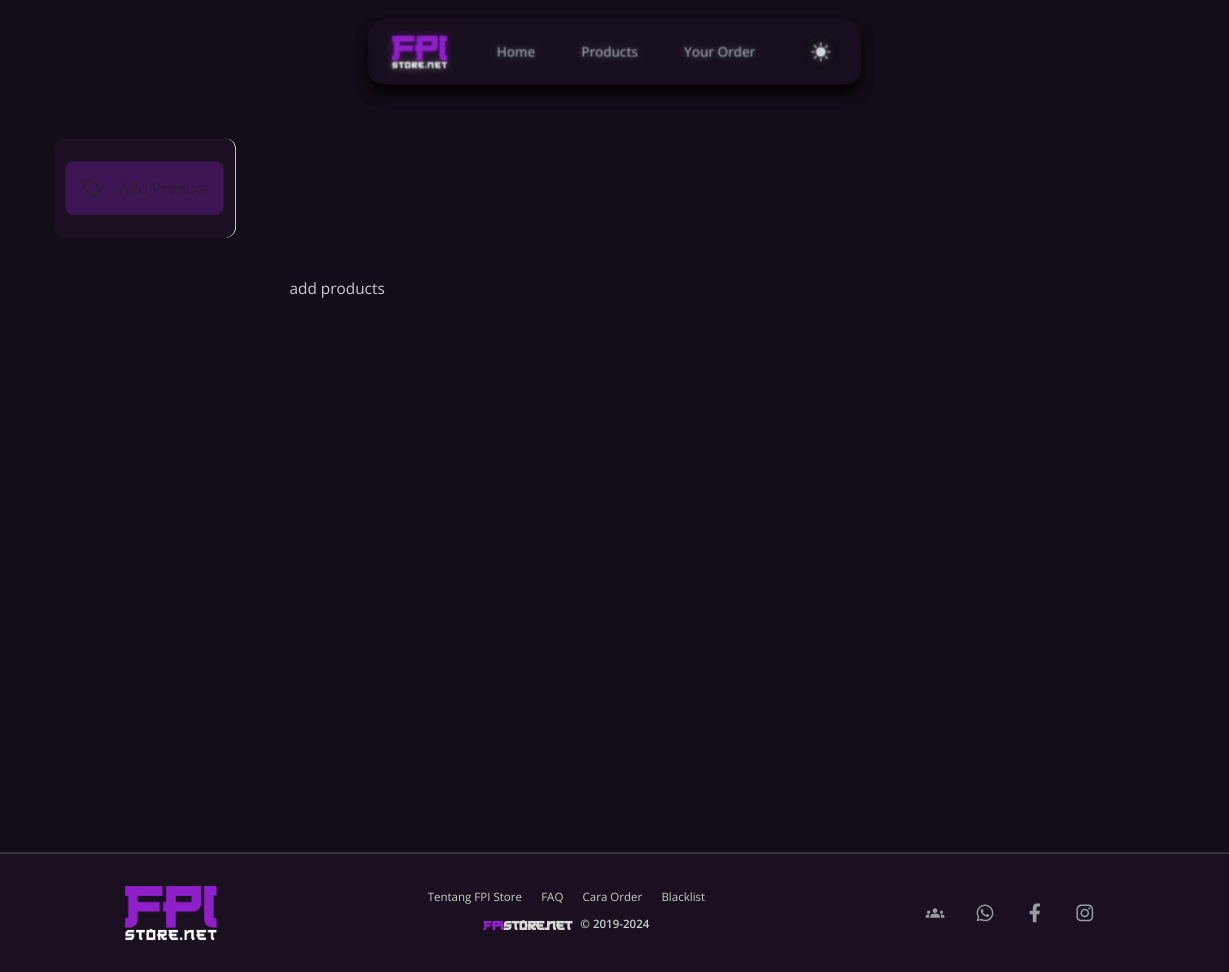
Repository: rezzadtyp/fpistore.net
Page: /dashboard/add-products
The author's editor kept a copy of each file at every save. The page is drawn from the files as they stood at one save, then again after the next save.
The browser window is 1280 px wide. The pictures show the whole page, at 96% of full size.
The project was rebuilt for these pictures with package versions that can differ from the ones it lists, and the page was loaded fresh each time. The framework's server and built-in components were replaced by stand-ins that run in the browser. Also part of the build but not shown: next.config.mjs, components/shared/Loading.tsx.

Above is the page before, as saved 2024-08-14 16:38:24.

### app/layout.tsx
import type { Metadata } from "next"
import "../styles/globals.css"
// import GoogleAnalytics from "@bradgarropy/next-google-analytics"
// import { Analytics } from "@vercel/analytics/react"
// import { SpeedInsights } from "@vercel/speed-insights/next"
// import FacebookChat from "@/components/FacebookChat"

export const metadata: Metadata = {
    title: {
        template: "%s | FPI Store",
        default: "FPI Store | The Biggest Netflix Seller",
    },
    description: "FPI Store",
    icons: {
        icon: [
            {
                url: "/icons/fpistore.netblack.png",
                media: "(prefers-color-scheme: light)",
            },
            {
                url: "/icons/fpistore.netwhite.png",
                media: "(prefers-color-scheme: dark)",
            },
        ],
    },
    keywords:
        "netflix, premium, 4k, uhd, full garansi, netflix account, netflix premium uhd, netflix murah, netflix shared, netflix private, netflix terpercaya, murah, terpercaya, film terbaru, alamsyah.id, alamsyah, bergaransi",
}

export default function RootLayout({
    children,
}: {
    children: React.ReactNode
}) {
    return (
        <>
            {/* <GoogleAnalytics measurementId='G-Z86GVT7LTC' /> */}
            <html lang='en' className='!scroll-smooth font-roboto'>
                <body className='selection:bg-primary/70 selection:text-dark-800 dark:bg-dark-700 bg-light-100 text-dark-800 dark:text-light-400'>
                    {/* <FacebookChat /> */}
                    {children}
                    {/* <SpeedInsights />
                    <Analytics /> */}
                </body>
            </html>
        </>
    )
}

### app/(root)/layout.tsx
import Footer from "@/components/shared/Footer"
import Loading from "@/components/shared/Loading"
import Navbar from "@/components/shared/Navbar"

import React, { Suspense } from "react"

const Layout = ({ children }: { children: React.ReactNode }) => {
  return (
    <Suspense fallback={<Loading />}>
      <main className='relative font-roboto'>
        <Navbar />
        <div className='flex min-h-screen flex-1 flex-col px-6 pb-6 pt-36 max-md:pb-14 sm:px-14'>
          {children}
        </div>
        <Footer />
        {/* <div className='w-full h-2 fixed bottom-0 bg-green-500 sm:bg-yellow-500 md:bg-orange-500 lg:bg-red-500' /> */}
      </main>
    </Suspense>
  )
}

export default Layout

### app/(root)/dashboard/layout.tsx
import LeftSidebar from "@/components/shared/LeftSidebar"
import Navbar from "@/components/shared/Navbar"
import React from "react"

const Layout = ({ children }: { children: React.ReactNode }) => {
  return (
    <main className='relative '>
      <Navbar />
      <div className='flex'>
        <LeftSidebar />
        <section className='flex min-h-screen flex-1 flex-col px-6 pb-6 pt-36 max-md:pb-14 sm:px-14'>
          <div className='mx-auto w-full max-w-5xl'>{children}</div>
        </section>
      </div>
    </main>
  )
}

export default Layout

### app/(root)/dashboard/add-products/page.tsx
import React from "react"

const page = () => {
  return <div>add products</div>
}

export default page

### styles/globals.css
@import url("https://fonts.googleapis.com/css2?family=Open+Sans:ital,wght@0,300;0,400;0,500;0,600;1,300;1,400;1,500;1,600&family=Sarabun:ital,wght@0,300;0,400;1,300;1,400&display=swap");

@tailwind base;
@tailwind components;
@tailwind utilities;

@font-face {
    font-family: "FPIFont";
    src: url("/fonts/Japanese3017.otf") format("woff2");
}

body {
    font-family: "Open Sans", "sans-serif";
    @apply duration-700;
}
.animate-spin-slow {
    animation: spin 5s linear infinite;
}

@keyframes spin {
    from {
        transform: rotate(0deg);
    }
    to {
        transform: rotate(360deg);
    }
}
@keyframes scrolltop {
    0%,
    100% {
        transform: translateY(-25%);
        animation-timing-function: cubic-bezier(0.8, 0, 1, 1);
    }
    50% {
        transform: none;
        animation-timing-function: cubic-bezier(0, 0, 0.2, 1);
    }
}
.animate-scrolltop {
    animation: scrolltop 2s infinite;
}
/* width */
::-webkit-scrollbar {
    @apply h-1.5 w-0;
}

/* Handle */
::-webkit-scrollbar-thumb {
    @apply bg-gray-600 rounded-full absolute right-0 z-50;
}
/* Handle on hover */
._custom-scrollbar::-webkit-scrollbar-thumb:hover {
    @apply bg-primary;
}
._custom-scrollbar-shopee::-webkit-scrollbar-thumb:hover {
    @apply bg-shopee;
}
._custom-scrollbar::-webkit-scrollbar {
    @apply w-2 h-0 bg-transparent;
}
._custom-scrollbar-shopee::-webkit-scrollbar {
    @apply w-2 h-0 bg-transparent;
}
._product-scrollbar::-webkit-scrollbar {
    @apply w-0 h-2;
}
.__stroke {
    color: transparent;
    -webkit-text-stroke: 1px #9121ca;
    text-stroke: 1px #9121ca;
}

@keyframes rightleft {
    0%,
    100% {
        transform: translateX(50%);
        animation-timing-function: cubic-bezier(0.8, 0, 1, 1);
    }
    50% {
        transform: none;
        animation-timing-function: cubic-bezier(0, 0, 0.2, 1);
    }
}
.animate-rightleft {
    animation: rightleft 1.5s infinite;
}

.backdrop-brightness-10 {
    --tw-backdrop-brightness: brightness(0.1);
    backdrop-filter: var(--tw-backdrop-blur) var(--tw-backdrop-brightness)
        var(--tw-backdrop-contrast) var(--tw-backdrop-grayscale)
        var(--tw-backdrop-hue-rotate) var(--tw-backdrop-invert)
        var(--tw-backdrop-opacity) var(--tw-backdrop-saturate)
        var(--tw-backdrop-sepia);
}

### components/shared/Footer.tsx
import { contactsButton, menuFooter } from "@/constant"
import Image from "next/image"
import Link from "next/link"
import React from "react"

const Footer = () => {
    return (
        <footer className='flex justify-center items-center w-full px-10 lg:px-32 border-t-[1px] border-black/30 dark:border-white/30 bg-gray-100 dark:bg-dark-600 drop-shadow-md'>
            <div className='flex w-full justify-between items-center flex-col md:flex-row lg:flex-row gap-2 py-3'>
                <div className='flex flex-col lg:flex-row w-full h-full items-center justify-center lg:justify-between '>
                    <Link
                        href='/'
                        className='flex items-center h-full justify-start'
                    >
                        <Image
                            width={100}
                            height={100}
                            src='/icons/fpistore.netwhite.png'
                            alt='Footer Picture'
                            className='hidden dark:block duration-700 h-full'
                        />
                        <Image
                            width={100}
                            height={100}
                            src='/icons/fpistore.netblack.png'
                            alt='Footer Picture'
                            className='dark:hidden duration-700 h-full'
                        />
                    </Link>
                    <div className='gap-3 flex flex-col justify-center items-center text-center h-full'>
                        <div className='flex gap-5 justify-start'>
                            {menuFooter.map((cont) => (
                                <Link
                                    href={"#in-maintenance"}
                                    className='text-xs'
                                    key={cont.url}
                                    target='_blank'
                                >
                                    {cont.title}
                                </Link>
                            ))}
                        </div>
                        <p className='text-xs flex font-bold'>
                            <div className='flex font-fpifont items-end text-primary text-sm h-full mr-2'>
                                fpi{" "}
                                <span className='font-fpifont text-dark-500 dark:text-light-300'>
                                    store.net
                                </span>
                            </div>
                            &copy; 2019-2024
                        </p>
                    </div>
                    <div className='flex flex-col '>
                        <div className='flex gap-2 justify-end'>
                            {contactsButton.map((cont) => (
                                <Link
                                    href={cont.url}
                                    className='p-3 opacity-70 hover:bg-primary/20 dark:hover:bg-primary/20 rounded-md group'
                                    key={cont.url}
                                    target='_blank'
                                >
                                    {cont.icon}
                                </Link>
                            ))}
                        </div>
                    </div>
                </div>
            </div>
        </footer>
    )
}

export default Footer

### components/shared/LeftSidebar.tsx
"use client"

import Link from "next/link"
import { Button } from "@/components/ui/button"
import { BsPersonPlus, BsPerson } from "react-icons/bs"
import { MdOutlineSell } from "react-icons/md"

const LeftSidebar = () => {
  return (
    <section className='custom-scrollbar py-6 bg-light-200 dark:bg-dark-600 light-border rounded-xl sticky h-fit left-0 top-0 flex w-fit flex-col justify-between  overflow-y-auto border-r p-3 shadow-black/20 shadow-xl dark:shadow-none max-sm:hidden lg:w-fit'>
      <div className='flex flex-1 flex-col gap-6 '>
        {/* masih static */}
        <button
          onClick={() => (window.location.href = "/dashboard/add-product")}
          className='text-dark-300 dark:text-light-900 rounded-lg bg-primary/30 text-light-900 flex items-center justify-start gap-4 p-4'
        >
          <MdOutlineSell className='text-2xl' />
          <p className={`base-medium max-lg:hidden`}>Add Product</p>
        </button>
      </div>
    </section>
  )
}

export default LeftSidebar

### components/shared/MobileNav.tsx
import { SheetClose } from "@/components/ui/sheet"
import { contactsButton, navButtons } from "@/constant"
import Link from "next/link"
import { usePathname } from "next/navigation"
import { AiOutlineMenu } from "react-icons/ai"
import { Roboto } from "next/font/google"
import { Drawer, DrawerContent, DrawerTrigger } from "@/components/ui/drawer"

const roboto = Roboto({
    weight: ["900"],
    style: ["normal"],
    subsets: ["latin"],
})

const MobileNav = () => {
    const path = usePathname()
    return (
        <Drawer>
            <DrawerTrigger className='hidden max-md:flex dark:hover:bg-white/10 hover:bg-black/5 rounded-full p-2'>
                <AiOutlineMenu className='duration-500 text-dark-800 dark:text-gray-300' />
            </DrawerTrigger>
            <DrawerContent className='bg-gray-200 dark:bg-dark-600 border-none px-5 pb-5 gap-10'>
                <div className='gap-5 flex flex-col justify-start items-start'>
                    {navButtons.map((nav, i) => (
                        <Link
                            href={nav.url}
                            key={i}
                            className={`dark:text-gray-400 flex-col-reverse py-[3px] px-[10px] rounded-full md:text-sm font-medium group duration-200 w-fit ${
                                path === nav.url
                                    ? "font-black transition-transform duration-700 "
                                    : ""
                            }${
                                path === nav.url
                                    ? " dark:text-primary text-primary bg-primary/20"
                                    : " hover:dark:text-primary hover:text-primary hover:bg-primary/20"
                            }`}
                        >
                            {nav.title}
                        </Link>
                    ))}
                </div>
                <div className='flex flex-col justify-end items-end'>
                    <p className='font-mono text-xs tracking-widest'>
                        Indonesian Biggest Netflix Seller
                    </p>
                    <span className='font-fpifont __stroke text-6xl'>
                        FPISTORE
                    </span>
                </div>
            </DrawerContent>
        </Drawer>

        // @ts-ignore
        // <Sheet className='transition-transform duration-500 '>
        //     <SheetTrigger className='hidden max-md:flex dark:bg-white/10 bg-black/5 rounded-full p-2'>
        //         <AiOutlineMenu className='duration-500 text-dark-800 dark:text-gray-300' />
        //     </SheetTrigger>
        //     <SheetContent
        //         side='top'
        //         className='border-none text-red-500 backdrop-blur-lg bg-white dark:bg-dark-800/50 shadow-lg shadow-black/50'
        //     >
        //         <Link
        //             href='/'
        //             className='flex items-center justify-center gap-1 border-b-[1px] border-dark-500/50 dark:border-gray-500/50 py-2'
        //         >
        //             <Image
        //                 width={60}
        //                 height={60}
        //                 src='/icons/fpistore.netwhite.png'
        //                 alt='Footer Picture'
        //                 className='hidden dark:block duration-700'
        //             />
        //             <Image
        //                 width={60}
        //                 height={60}
        //                 src='/icons/fpistore.netblack.png'
        //                 alt='Footer Picture'
        //                 className='dark:hidden duration-700'
        //             />
        //         </Link>
        //         <div className='text-dark-800 dark:text-gray-300'>
        //             <NavContent />
        //         </div>
        //     </SheetContent>
        // </Sheet>
    )
}

export default MobileNav

### components/ui/drawer.tsx
"use client"

import * as React from "react"
import { Drawer as DrawerPrimitive } from "vaul"

import { cn } from "@/lib/utils"

const Drawer = ({
  shouldScaleBackground = true,
  ...props
}: React.ComponentProps<typeof DrawerPrimitive.Root>) => (
  <DrawerPrimitive.Root
    shouldScaleBackground={shouldScaleBackground}
    {...props}
  />
)
Drawer.displayName = "Drawer"

const DrawerTrigger = DrawerPrimitive.Trigger

const DrawerPortal = DrawerPrimitive.Portal

const DrawerClose = DrawerPrimitive.Close

const DrawerOverlay = React.forwardRef<
  React.ElementRef<typeof DrawerPrimitive.Overlay>,
  React.ComponentPropsWithoutRef<typeof DrawerPrimitive.Overlay>
>(({ className, ...props }, ref) => (
  <DrawerPrimitive.Overlay
    ref={ref}
    className={cn("fixed inset-0 z-50 bg-black/80", className)}
    {...props}
  />
))
DrawerOverlay.displayName = DrawerPrimitive.Overlay.displayName

const DrawerContent = React.forwardRef<
  React.ElementRef<typeof DrawerPrimitive.Content>,
  React.ComponentPropsWithoutRef<typeof DrawerPrimitive.Content>
>(({ className, children, ...props }, ref) => (
  <DrawerPortal>
    <DrawerOverlay />
    <DrawerPrimitive.Content
      ref={ref}
      className={cn(
        "fixed inset-x-0 bottom-0 z-50 mt-24 flex h-auto flex-col rounded-t-[10px] border bg-background",
        className
      )}
      {...props}
    >
      <div className="mx-auto mt-4 h-2 w-[100px] rounded-full bg-muted" />
      {children}
    </DrawerPrimitive.Content>
  </DrawerPortal>
))
DrawerContent.displayName = "DrawerContent"

const DrawerHeader = ({
  className,
  ...props
}: React.HTMLAttributes<HTMLDivElement>) => (
  <div
    className={cn("grid gap-1.5 p-4 text-center sm:text-left", className)}
    {...props}
  />
)
DrawerHeader.displayName = "DrawerHeader"

const DrawerFooter = ({
  className,
  ...props
}: React.HTMLAttributes<HTMLDivElement>) => (
  <div
    className={cn("mt-auto flex flex-col gap-2 p-4", className)}
    {...props}
  />
)
DrawerFooter.displayName = "DrawerFooter"

const DrawerTitle = React.forwardRef<
  React.ElementRef<typeof DrawerPrimitive.Title>,
  React.ComponentPropsWithoutRef<typeof DrawerPrimitive.Title>
>(({ className, ...props }, ref) => (
  <DrawerPrimitive.Title
    ref={ref}
    className={cn(
      "text-lg font-semibold leading-none tracking-tight",
      className
    )}
    {...props}
  />
))
DrawerTitle.displayName = DrawerPrimitive.Title.displayName

const DrawerDescription = React.forwardRef<
  React.ElementRef<typeof DrawerPrimitive.Description>,
  React.ComponentPropsWithoutRef<typeof DrawerPrimitive.Description>
>(({ className, ...props }, ref) => (
  <DrawerPrimitive.Description
    ref={ref}
    className={cn("text-sm text-muted-foreground", className)}
    {...props}
  />
))
DrawerDescription.displayName = DrawerPrimitive.Description.displayName

export {
  Drawer,
  DrawerPortal,
  DrawerOverlay,
  DrawerTrigger,
  DrawerClose,
  DrawerContent,
  DrawerHeader,
  DrawerFooter,
  DrawerTitle,
  DrawerDescription,
}

### tailwind.config.ts
const defaultTheme = require("tailwindcss/defaultTheme")
const colors = require("tailwindcss/colors")
const {
    default: flattenColorPalette,
} = require("tailwindcss/lib/util/flattenColorPalette")

import type { Config } from "tailwindcss"

const config: Config = {
    darkMode: ["class"],
    content: [
        "./pages/**/*.{js,ts,jsx,tsx,mdx}",
        "./components/**/*.{js,ts,jsx,tsx,mdx}",
        "./app/**/*.{js,ts,jsx,tsx,mdx}",
    ],
    theme: {
        screens: {
            sm: "640px",
            // => @media (min-width: 640px) { ... }

            md: "768px",
            // => @media (min-width: 768px) { ... }

            lg: "1024px",
            // => @media (min-width: 1024px) { ... }

            xl: "1280px",
            // => @media (min-width: 1280px) { ... }

            "2xl": "1536px",
            // => @media (min-width: 1536px) { ... }
        },
        extend: {
            animation: {
                scroll: "scroll var(--animation-duration, 40s) var(--animation-direction, forwards) linear infinite",
            },
            colors: {
                dark: {
                    100: "#342739",
                    200: "#2F2334",
                    300: "#2B1E31",
                    400: "#241929",
                    500: "#201625",
                    600: "#1A1020",
                    700: "#150C19",
                    800: "#110A14",
                },
                shopees: {
                    100: "#342739",
                    200: "#2F2334",
                    300: "#2B1E31",
                    400: "#291E19",
                    500: "#261D17",
                    600: "#211611",
                    700: "#1A110C",
                    800: "#140E0A",
                },
                light: {
                    100: "#ECECEC",
                    200: "#E4E4E4",
                    300: "#D8D8D8",
                    400: "#CCCCCC",
                    500: "#BFBFBF",
                    600: "#B5B5B5",
                    700: "#A9A9A9",
                    800: "#9B9B9B",
                },
                primary: "#9121CA",
                shared: "#d946ef",
                private: "#9121CA",
                reseller: "#22d3ee",
                shopee: "#ee4d2d",
            },
            keyframes: {
                scroll: {
                    to: {
                        transform: "translate(calc(-50% - 0.5rem))",
                    },
                },
            },
            fontFamily: {
                fpifont: "'FPIFont', sans-serif",
                roboto: ["var(--font-roboto)"],
            },
            // backgroundImage: {
            //     netflixMedium:
            //         "url('https://assets.nflxext.com/ffe/siteui/vlv3/32c47234-8398-4a4f-a6b5-6803881d38bf/503ebb79-320a-49ae-ab11-ac47b76db697/ID-en-20240122-popsignuptwoweeks-perspective_alpha_website_medium.jpg')",
            //     netflixLarge:
            //         "url('https://assets.nflxext.com/ffe/siteui/vlv3/32c47234-8398-4a4f-a6b5-6803881d38bf/503ebb79-320a-49ae-ab11-ac47b76db697/ID-en-20240122-popsignuptwoweeks-perspective_alpha_website_large.jpg')",
            // },
        },
    },
    plugins: [addVariablesForColors],
}
function addVariablesForColors({ addBase, theme }: any) {
    let allColors = flattenColorPalette(theme("colors"))
    let newVars = Object.fromEntries(
        Object.entries(allColors).map(([key, val]) => [`--${key}`, val])
    )

    addBase({
        ":root": newVars,
    })
}

export default config

Loaded but not shown: lib/utils.ts (common file); constant/index.tsx (428 lines, source omitted); components/shared/Navbar.tsx (139 lines, source omitted)

After the next save:
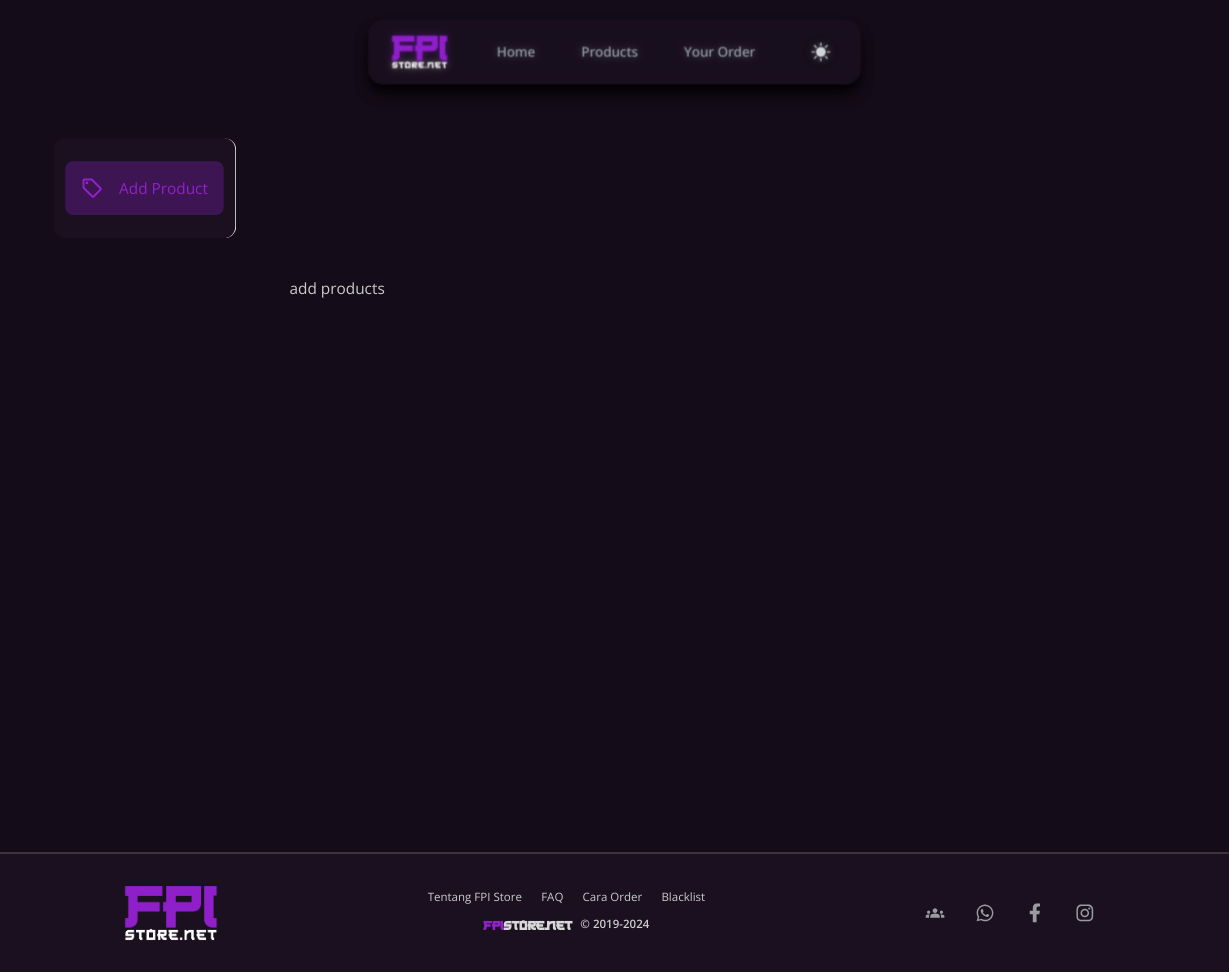
Saved 22 s later.
--- a/components/shared/LeftSidebar.tsx
+++ b/components/shared/LeftSidebar.tsx
@@ -12,7 +12,7 @@
         {/* masih static */}
         <button
           onClick={() => (window.location.href = "/dashboard/add-product")}
-          className='text-dark-300 dark:text-light-900 rounded-lg bg-primary/30 text-light-900 flex items-center justify-start gap-4 p-4'
+          className='text-dark-300 dark:text-light-900 rounded-lg bg-primary/30 text-primary text-light-900 flex items-center justify-start gap-4 p-4'
         >
           <MdOutlineSell className='text-2xl' />
           <p className={`base-medium max-lg:hidden`}>Add Product</p>
